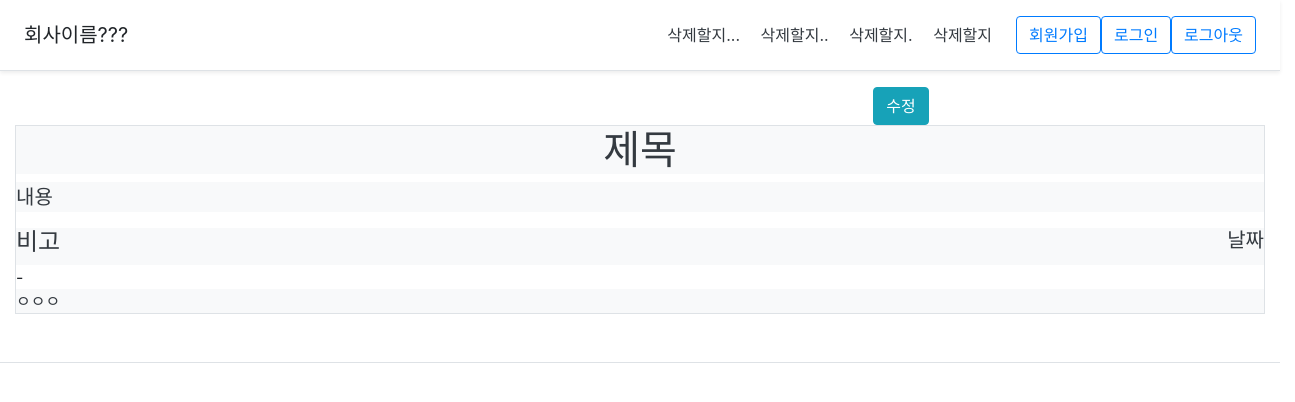
Repository: SettingRhino/innogleantmanager
Page: http://localhost/antmanager/WEB-INF/views/viewItem.jsp
An editor plug-in stored every save of this project. The page is shown before and after the next save, followed by the edit.
The browser window is 1280 px wide. The page is 1295 px wide, so the pictures cover 1295 px, including what lies to the right of the window. The pictures show the whole page.
The page is served by Tomcat 9. Nobody is signed in. The template is opened directly, without the code that normally fills it, so the values that code supplies are empty.

Above is the page before, as saved 2020-06-08 17:50:57.

After the next save:
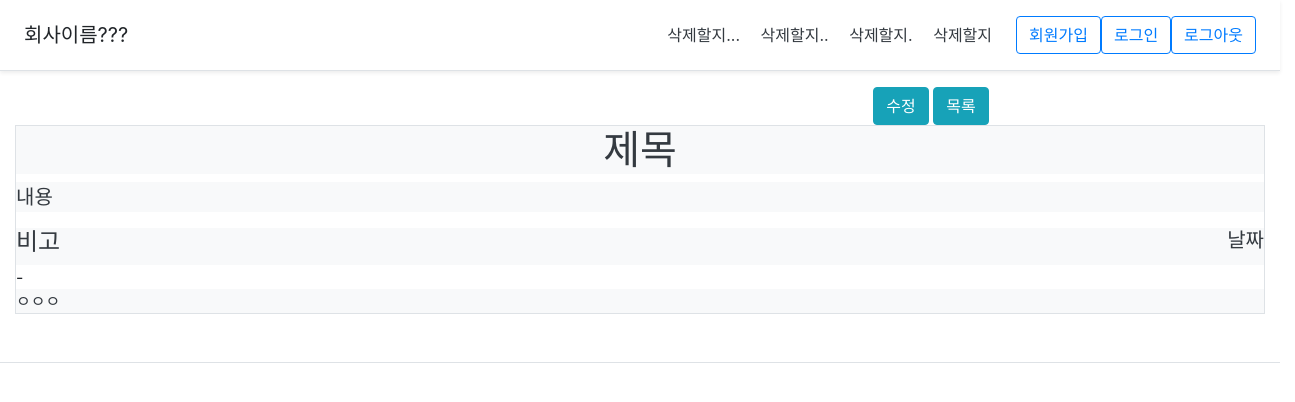
Saved 38 s later.
--- a/antmanager/src/main/webapp/WEB-INF/views/viewItem.jsp
+++ b/antmanager/src/main/webapp/WEB-INF/views/viewItem.jsp
@@ -63,6 +63,7 @@
 		<div class="col-lg-4"></div>
 		<div class="col-lg-4">
 		<a href="#" class="btn btn-info" role="button">수정</a>
+		<a href="#" class="btn btn-info" role="button">목록</a>
 		</div>
 		</div>
 	<div class="container-fluid">
